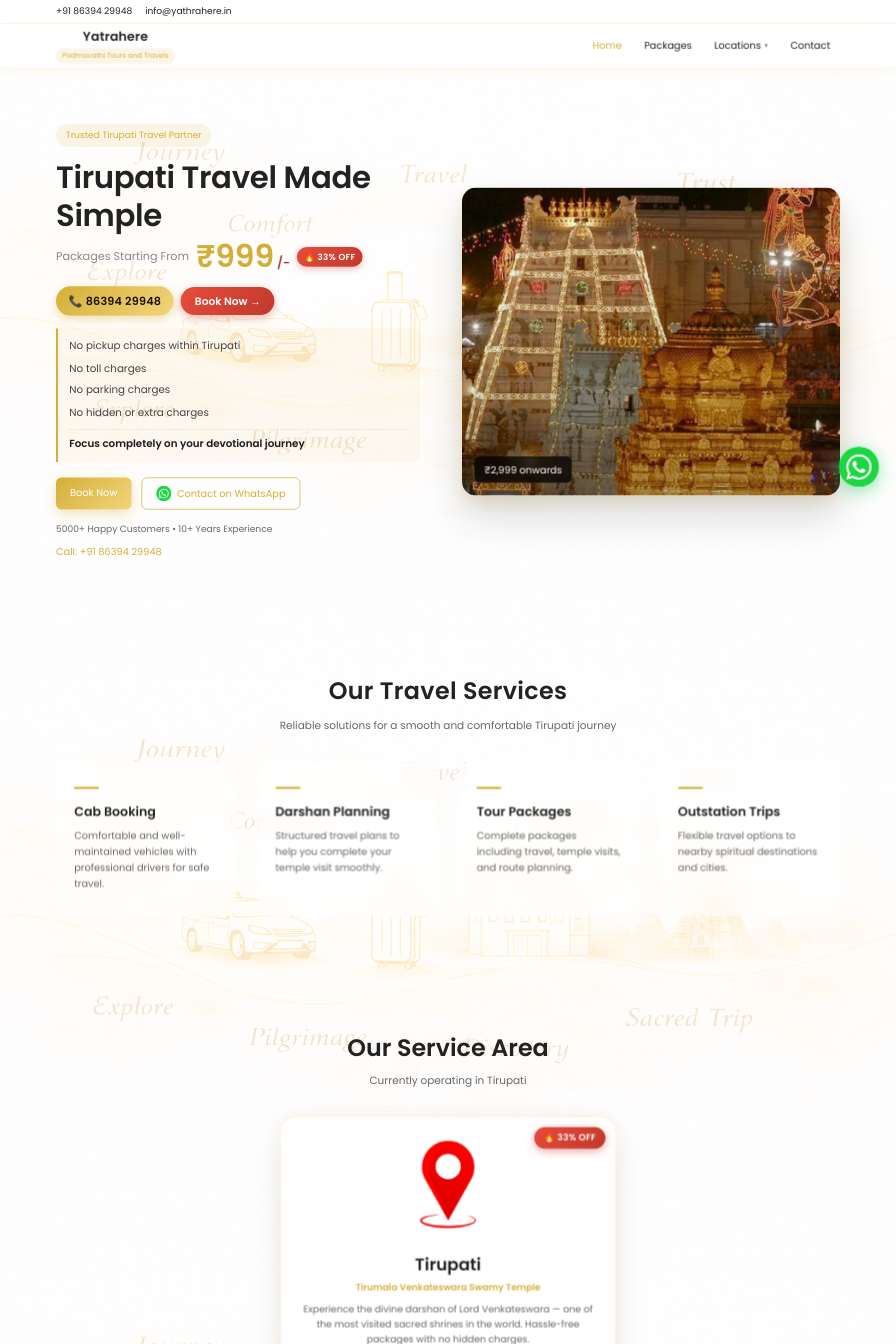
Repository: heytirupati/Bookingweb
Page: index.html
The author's editor kept a copy of each file at every save. The page is drawn from the files as they stood at one save, then again after the next save.
The browser window is 1280 px wide. The pictures show the part of the page from y = 0 to 1920 px (the page is 5365 px tall before and 5364 px after), at 70% of full size.
Backgrounds fixed to the window are drawn as part of the page.

Above is the page before, as saved 2026-04-29 09:25:14.

### index.html
<!DOCTYPE html>
<html lang="en">
<head>
    <meta charset="UTF-8">
    <meta name="viewport" content="width=device-width, initial-scale=1.0">

    <title>Tirupati Packages & Cab Services | Yatrahere</title>
    <meta name="description" content="Affordable Tirupati darshan packages with reliable cab services, no hidden charges, and smooth travel planning. Book your Tirupati journey with Yatrahere.">
    <meta name="keywords" content="Tirupati packages, Tirumala darshan, Tirupati cab service, temple travel, Tirupati tours">

    <link href="https://fonts.googleapis.com/css2?family=Poppins:wght@300;400;600&display=swap" rel="stylesheet">
    <link rel="stylesheet" href="css/style.css">
</head>
<body>

<!-- TOP BAR -->
<section class="top-bar">
    <div class="container">
        <div class="top-left">
            <span>+91 86394 29948</span>
            <span>info@yathrahere.in</span>
        </div>
    </div>
</section>

<!-- NAVBAR -->
<header class="navbar">
    <div class="container">
        <div class="logo">
            <a href="index.html" class="logo-link">
                <h2>Yatrahere</h2>
                <div class="hero-badge nav-badge">
                    Padmavathi Tours and Travels
                </div>
            </a>
        </div>
        <div class="menu-toggle" id="menuToggle">☰</div>
        <nav class="nav-menu" id="navMenu">
            <ul>
                <li><a href="index.html" class="active">Home</a></li>
                <li><a href="tirupathi.html">Packages</a></li>

                <li class="has-dropdown">
                    <button class="nav-trigger">Locations <span class="nav-caret">▾</span></button>
                    <div class="nav-dropdown">
                        <a href="tirupathi.html">
                            <span class="nav-dropdown-text">
                                <strong>Tirupati</strong>
                                <span>Darshan · Packages</span>
                            </span>
                        </a>
                    </div>
                </li>

                <li><a href="index.html#contact">Contact</a></li>
            </ul>
        </nav>
    </div>
</header>

<!-- HERO -->
<section class="hero">
    <div class="container hero-container">

        <div class="hero-left">

            <div class="hero-badge">Trusted Tirupati Travel Partner</div>

            <h1>Tirupati Travel Made Simple</h1>

            <div class="hero-price-highlight">
    <div style="width:100%; display:flex; align-items:center; gap:10px; flex-wrap:wrap; margin-bottom:6px;">
        <span class="hero-price-from">Packages Starting From</span>
        <span class="hero-price-amount">₹999<span class="hero-price-only">/-</span></span>
        <span class="hero-discount-badge">🔥 33% OFF</span>
    </div>
    <div style="width:100%; display:flex; align-items:center; gap:10px; flex-wrap:wrap; margin-top:4px;">
        <a href="tel:+918639429948" class="hero-phone-pill">📞 86394 29948</a>
        <a href="booking.html" class="hero-book-now-pill">Book Now →</a>
    </div>
</div>

            <div class="hero-perks">
                <div class="hero-perk-item">
                    <span>No pickup charges within Tirupati</span>
                </div>
                <div class="hero-perk-item">
                    <span>No toll charges</span>
                </div>
                <div class="hero-perk-item">
                    <span>No parking charges</span>
                </div>
                <div class="hero-perk-item">
                    <span>No hidden or extra charges</span>
                </div>
                <div class="hero-perk-item hero-perk-highlight">
                    <span>Focus completely on your devotional journey</span>
                </div>
            </div>

            <div class="hero-buttons">
                <a href="booking.html" class="btn btn-primary">Book Now</a>
                <a href="https://wa.me/918639429948" target="_blank" class="btn btn-outline btn-whatsapp"><img src="images/whatsapplogo.png" alt="WhatsApp" class="wa-btn-icon"> Contact on WhatsApp</a>
            </div>

            <div class="hero-trust">5000+ Happy Customers • 10+ Years Experience</div>
            <div class="hero-call">Call: +91 86394 29948</div>
        </div>

        <div class="hero-right">
            <div class="carousel">
                <img src="images/t1.jpg" class="active" alt="Tirupati Temple">
                <img src="images/t2.jpg" alt="Tirupati Darshan">
                <img src="images/t3.jpg" alt="Tirupati Travel">
                <div class="hero-price">₹2,999 onwards</div>
            </div>
        </div>

    </div>
</section>

<!-- SERVICES -->
<section class="services">
    <div class="container">
        <div class="section-header">
            <h2 class="services-title">Our Travel Services</h2>
            <p class="section-subtext">Reliable solutions for a smooth and comfortable Tirupati journey</p>
        </div>
        <div class="service-cards">

            <div class="service-card">
                <div class="service-top-line"></div>
                <h3>Cab Booking</h3>
                <p>Comfortable and well-maintained vehicles with professional drivers for safe travel.</p>
            </div>

            <div class="service-card">
                <div class="service-top-line"></div>
                <h3>Darshan Planning</h3>
                <p>Structured travel plans to help you complete your temple visit smoothly.</p>
            </div>

            <div class="service-card">
                <div class="service-top-line"></div>
                <h3>Tour Packages</h3>
                <p>Complete packages including travel, temple visits, and route planning.</p>
            </div>

            <div class="service-card">
                <div class="service-top-line"></div>
                <h3>Outstation Trips</h3>
                <p>Flexible travel options to nearby spiritual destinations and cities.</p>
            </div>

        </div>
    </div>
</section>

<!-- LOCATIONS -->
<section class="locations" id="locations">
    <div class="container">
        <div class="section-header">
            <h2 class="locations-title">Our Service Area</h2>
            <p class="locations-subtext">Currently operating in Tirupati</p>
        </div>
        <div class="location-cards">
            <div class="location-card-rich">
                <div class="location-card-body">
                    <div class="location-card-icon"><img src="images/location.png" alt="Tirupati"></div>
                    <span class="location-offer-badge" style="display:inline-block;margin-bottom:10px;">🔥 33% OFF</span>
                    <h3>Tirupati</h3>
                    <p class="location-card-sub">Tirumala Venkateswara Swamy Temple</p>
                    <p class="location-card-desc">Experience the divine darshan of Lord Venkateswara — one of the most visited sacred shrines in the world. Hassle-free packages with no hidden charges.</p>
                    <div class="location-card-price">
                        <span class="location-old-price">₹1,499</span>
                        <span class="location-new-price">₹999/-</span>
                    </div>
                    <a href="tirupathi.html" class="btn btn-primary location-book-btn">Book Now — 33% Off</a>
                </div>
            </div>
        </div>
    </div>
</section>

<!-- POPULAR PACKAGES -->
<section class="packages" id="packages">
    <div class="container">
        <div class="section-header">
            <h2 class="packages-title">Popular Packages</h2>
            <p class="section-subtext">Choose from our most booked travel options</p>
        </div>

        <div class="package-cards" id="popularPackageCards"></div>

        <div style="text-align:center; margin-top:30px;">
            <a href="tirupathi.html#packages" class="btn btn-outline">View All Packages</a>
        </div>
    </div>
</section>

<!-- SPIRITUAL JOURNEY -->
<section class="spiritual-journey">
    <div class="container">
        <div class="section-header">
            <h2 class="spiritual-title">Spiritual Destinations</h2>
            <p class="spiritual-subtext">Sacred places known for devotion and inner peace</p>
        </div>

        <div class="spiritual-wrapper">
            <div class="spiritual-track">

                <div class="spiritual-item">
                    <div class="spiritual-image"><img src="images/tirumalatemple.png" alt="Tirupati Temple"></div>
                    <div class="spiritual-content">
                        <h3>Tirupati</h3>
                        <p>Home to the Tirumala Venkateswara Temple, one of the most visited pilgrimage sites known for divine blessings and spiritual significance.</p>
                    </div>
                </div>

                <div class="spiritual-item">
                    <div class="spiritual-image"><img src="images/tiruvannamalai.jpg" alt="Tiruvannamalai"></div>
                    <div class="spiritual-content">
                        <h3>Tiruvannamalai</h3>
                        <p>A sacred destination dedicated to Lord Shiva, known for the Arunachala hill and the spiritual practice of Girivalam.</p>
                    </div>
                </div>

            </div>
        </div>
    </div>
</section>

<!-- TESTIMONIALS -->
<section class="testimonials">
    <div class="container">
        <h2>Customer Reviews</h2>

        <div class="testimonial-wrapper">
            <div class="testimonial-track">

                <!-- ORIGINAL SET -->
                <div class="testimonial-card">
                    <p>Very smooth darshan experience with timely pickup and well-organized service.</p>
                    <h4>Ramesh Kumar</h4><span>Tirupati Package</span>
                </div>

                <div class="testimonial-card">
                    <p>Comfortable journey and excellent driver support throughout the trip.</p>
                    <h4>Suresh Reddy</h4><span>Tirumala Visit</span>
                </div>

                <div class="testimonial-card">
                    <p>Simple booking process and a peaceful travel experience. Highly recommended.</p>
                    <h4>Anita Sharma</h4><span>Complete Experience</span>
                </div>

                <div class="testimonial-card">
                    <p>Driver was polite and guided us properly for darshan. Hassle-free journey.</p>
                    <h4>Mahesh Babu</h4><span>Family Trip</span>
                </div>

                <div class="testimonial-card">
                    <p>Good pricing with no hidden charges. Everything was clearly explained.</p>
                    <h4>Priya Nair</h4><span>One Day Package</span>
                </div>

                <div class="testimonial-card">
                    <p>Vehicle was clean and comfortable. Perfect for elderly parents.</p>
                    <h4>Venkatesh Rao</h4><span>Senior Travel</span>
                </div>

                <div class="testimonial-card">
                    <p>On-time pickup and smooth coordination. Very professional service.</p>
                    <h4>Karthik Reddy</h4><span>Darshan Ride</span>
                </div>

                <div class="testimonial-card">
                    <p>Booking was super easy and support team responded quickly.</p>
                    <h4>Sneha Patel</h4><span>Online Booking</span>
                </div>

                <div class="testimonial-card">
                    <p>Best travel experience in Tirupati. Will definitely book again.</p>
                    <h4>Rahul Verma</h4><span>Repeat Customer</span>
                </div>

                <div class="testimonial-card">
                    <p>Well planned itinerary and smooth execution. Totally worth it.</p>
                    <h4>Divya Sharma</h4><span>2-Day Yatra</span>
                </div>


                <!-- DUPLICATE SET (FOR INFINITE LOOP) -->
                <div class="testimonial-card">
                    <p>Very smooth darshan experience with timely pickup and well-organized service.</p>
                    <h4>Ramesh Kumar</h4><span>Tirupati Package</span>
                </div>

                <div class="testimonial-card">
                    <p>Comfortable journey and excellent driver support throughout the trip.</p>
                    <h4>Suresh Reddy</h4><span>Tirumala Visit</span>
                </div>

                <div class="testimonial-card">
                    <p>Simple booking process and a peaceful travel experience. Highly recommended.</p>
                    <h4>Anita Sharma</h4><span>Complete Experience</span>
                </div>

                <div class="testimonial-card">
                    <p>Driver was polite and guided us properly for darshan. Hassle-free journey.</p>
                    <h4>Mahesh Babu</h4><span>Family Trip</span>
                </div>

                <div class="testimonial-card">
                    <p>Good pricing with no hidden charges. Everything was clearly explained.</p>
                    <h4>Priya Nair</h4><span>One Day Package</span>
                </div>

                <div class="testimonial-card">
                    <p>Vehicle was clean and comfortable. Perfect for elderly parents.</p>
                    <h4>Venkatesh Rao</h4><span>Senior Travel</span>
                </div>

                <div class="testimonial-card">
                    <p>On-time pickup and smooth coordination. Very professional service.</p>
                    <h4>Karthik Reddy</h4><span>Darshan Ride</span>
                </div>

                <div class="testimonial-card">
                    <p>Booking was super easy and support team responded quickly.</p>
                    <h4>Sneha Patel</h4><span>Online Booking</span>
                </div>

                <div class="testimonial-card">
                    <p>Best travel experience in Tirupati. Will definitely book again.</p>
                    <h4>Rahul Verma</h4><span>Repeat Customer</span>
                </div>

                <div class="testimonial-card">
                    <p>Well planned itinerary and smooth execution. Totally worth it.</p>
                    <h4>Divya Sharma</h4><span>2-Day Yatra</span>
                </div>

            </div>
        </div>
    </div>
</section>

<!-- CTA -->
<section class="cta">
    <div class="container">
        <div class="cta-box">
            <div class="cta-badge">🎉 Limited Time Offer — 33% OFF</div>
            <h2>Plan Your Tirupati Journey Today</h2>
            <p class="cta-subtext">Join 5000+ devotees who've trusted us for a peaceful, hassle-free darshan experience. No hidden charges. Professional drivers. Pure devotion.</p>
            <div class="cta-price-strip">
                <span class="cta-old">₹1,499</span>
                <span class="cta-new">₹999/-</span>
                <span class="cta-save">You save ₹500!</span>
            </div>
            <div class="cta-buttons">
                <a href="booking.html" class="btn btn-primary">🙏 Book Now</a>
                <a href="https://wa.me/918639429948" target="_blank" class="btn btn-outline btn-whatsapp"><img src="images/whatsapplogo.png" alt="WhatsApp" class="wa-btn-icon"> WhatsApp Us</a>
            </div>
            <p class="cta-phone-line">Or call us directly: <a href="tel:+918639429948">+91 86394 29948</a></p>
        </div>
    </div>
</section>

<!-- FOOTER -->
<footer class="footer" id="contact">
    <div class="container">

        <div class="footer-col">
            <h3>Yatrahere</h3>
            <p>Reliable Tirupati travel services</p>
            <p class="footer-domain"><a href="https://yatra.in" target="_blank">yatra.in</a></p>
        </div>

        <div class="footer-col">
            <h4>Quick Links</h4>
            <ul>
                <li><a href="index.html">Home</a></li>
                <li><a href="#packages">Packages</a></li>
            </ul>
        </div>

        <div class="footer-col">
            <h4>Contact</h4>
            <p>+91 86394 29948</p>
            <p>info@yathrahere.in</p>
        </div>

    </div>

    <div class="footer-bottom">
        <p>Powered by <strong>Padmavathi Tours and Travels</strong></p>
    </div>
</footer>

<a href="https://wa.me/918639429948" class="whatsapp-float" target="_blank" aria-label="Chat on WhatsApp"><img src="images/whatsapplogo.png" alt="WhatsApp"></a>

<script src="js/packages-data.js"></script>
<script src="js/script.js"></script>

</body>
</html>

Loaded but not shown: js/script.js (638 lines, source omitted); js/Packages-data.js (482 lines, source omitted); css/style.css (1841 lines, source omitted)

After the next save:
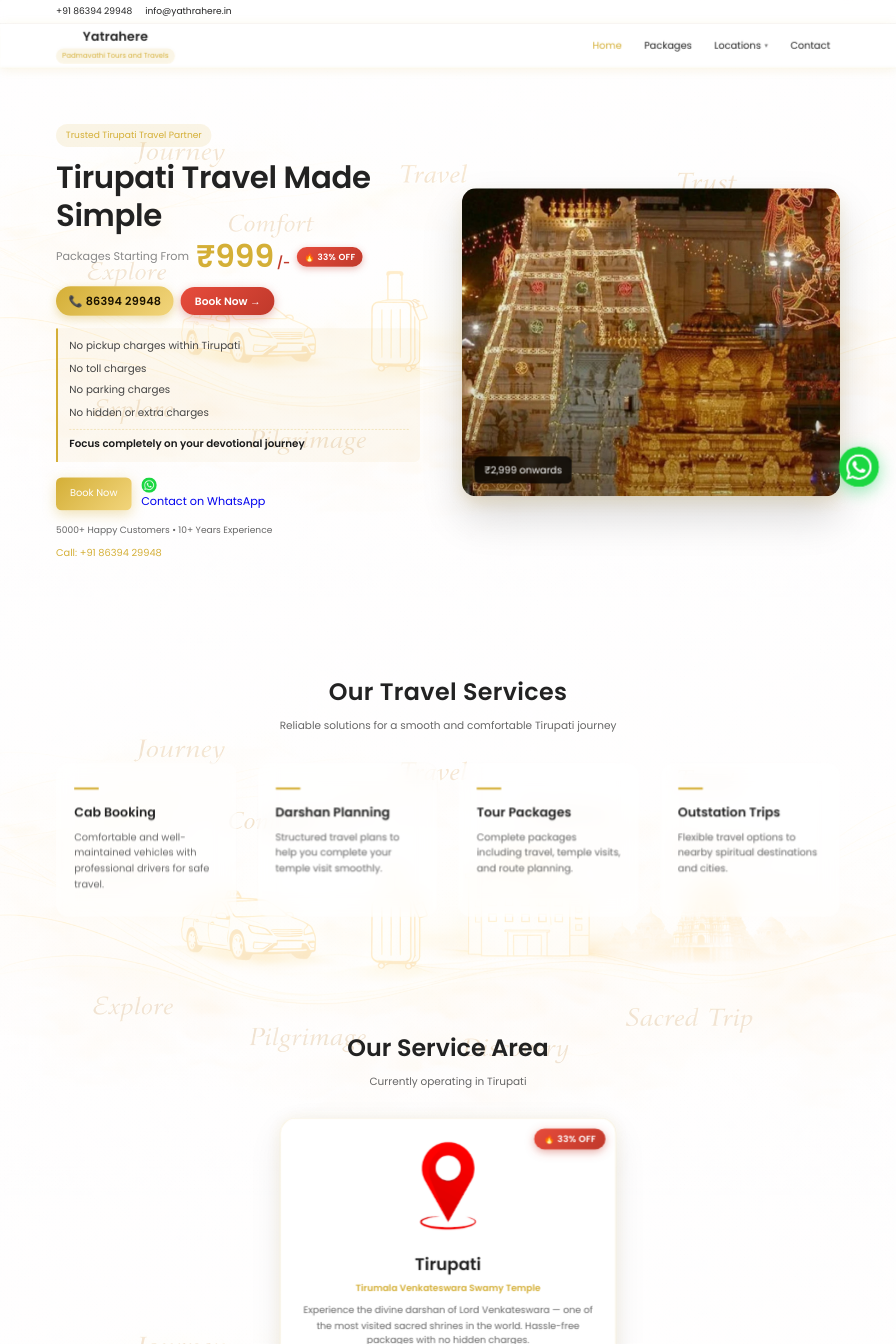
Saved 5 min 13 s later.
--- a/index.html
+++ b/index.html
@@ -100,7 +100,7 @@
 
             <div class="hero-buttons">
                 <a href="booking.html" class="btn btn-primary">Book Now</a>
-                <a href="https://wa.me/918639429948" target="_blank" class="btn btn-outline btn-whatsapp"><img src="images/whatsapplogo.png" alt="WhatsApp" class="wa-btn-icon"> Contact on WhatsApp</a>
+                <a href="https://wa.me/918639429948" target="_blank" class="booking-wa-pill"><img src="images/whatsapplogo.png" alt="WhatsApp" class="wa-btn-icon"> Contact on WhatsApp</a>
             </div>
 
             <div class="hero-trust">5000+ Happy Customers • 10+ Years Experience</div>
@@ -360,7 +360,7 @@
             </div>
             <div class="cta-buttons">
                 <a href="booking.html" class="btn btn-primary">🙏 Book Now</a>
-                <a href="https://wa.me/918639429948" target="_blank" class="btn btn-outline btn-whatsapp"><img src="images/whatsapplogo.png" alt="WhatsApp" class="wa-btn-icon"> WhatsApp Us</a>
+                <a href="https://wa.me/918639429948" target="_blank" class="booking-wa-pill"><img src="images/whatsapplogo.png" alt="WhatsApp" class="wa-btn-icon"> WhatsApp Us</a>
             </div>
             <p class="cta-phone-line">Or call us directly: <a href="tel:+918639429948">+91 86394 29948</a></p>
         </div>
